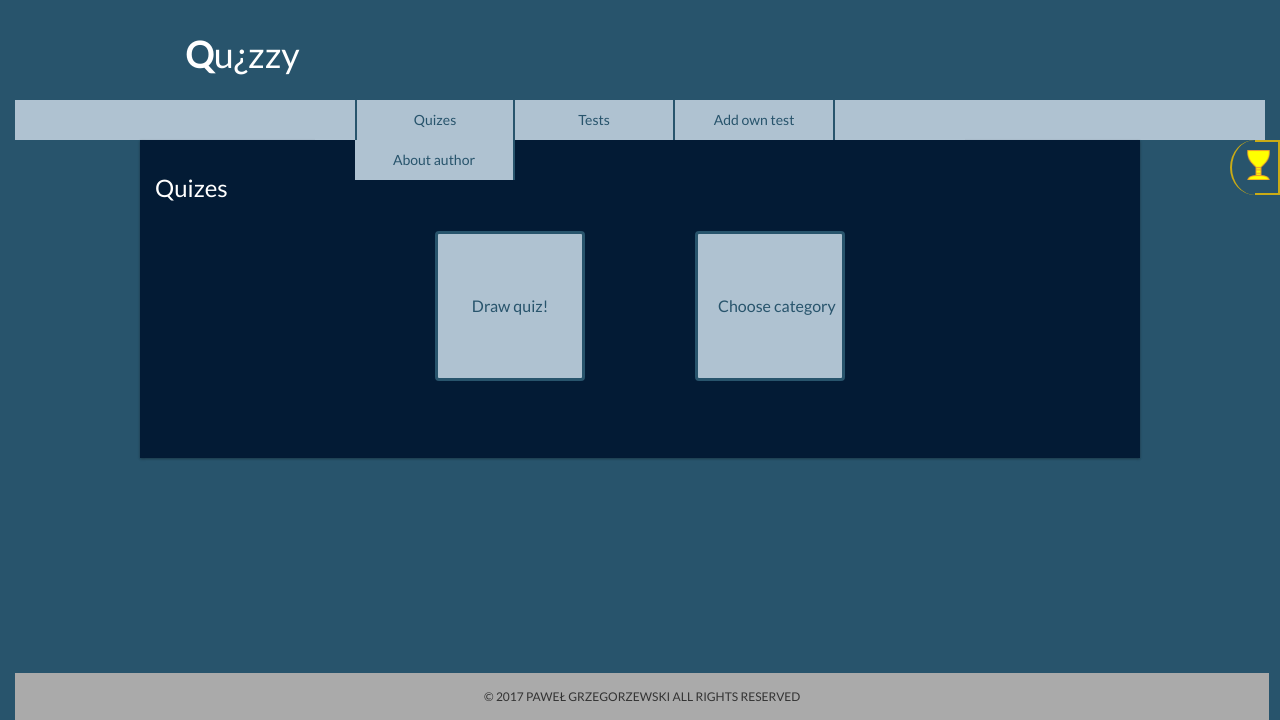
Repository: pgrzegorzewski/quiz
Page: http://localhost/app/quiz.php
An editor plug-in stored every save of this project. The page is shown before and after the next save, followed by the edit.
The browser window is 1280 px wide. The pictures show the whole page.
Some web libraries are served in a nearby version. The page is run by PHP 8.4 with error messages shown; the project is at /var/www/html/.

Above is the page before, as saved 2017-04-22 14:01:45.

### htdocs/app/learningapp/app/quiz.php
<!DOCTYPE html>
<html>
<head>
	<meta name="viewport" content="width=device-width, initial-scale=1.0">
	<meta http-equiv="content-type" content="text/html; charset=utf-8">
	<meta charset="utf-8">
	<link rel="stylesheet" href="https://maxcdn.bootstrapcdn.com/bootstrap/3.3.7/css/bootstrap.min.css">
	<script src="https://ajax.googleapis.com/ajax/libs/jquery/3.1.1/jquery.min.js"></script>
	<script src="https://maxcdn.bootstrapcdn.com/bootstrap/3.3.7/js/bootstrap.min.js"></script>
	<link href="https://fonts.googleapis.com/css?family=Lato" rel="stylesheet">
	<link rel="StyleSheet" href="../css/index.css" />
	<link rel="StyleSheet" href="../css/question.css" />
	<link rel="StyleSheet" href="../css/quiz.css" />
	<link rel="StyleSheet" href="../css/side_menu_leaderboard.css" />
	<script type="text/javascript" src="../js/question.js"></script>
	<script type="text/javascript" src="../js/entertaining_test.js"></script>
	<script type="text/javascript" src="../js/side_menu_leaderboard.js"></script>
</head>

<body>

<div class="container-fluid">

	<div class= "sidemenu_2">

	</div>
	<div class= "sidemenu">
		<p style="cursor:pointer"><img src = "../resources/img/trophy.png" height = "50px" onmouseover="openLeaderboard()"/></p> <!-- &#9776; -->
	</div>
	<div id = 'leaderboard' class = 'leaderboard' onmouseleave = "closeLeaderboard()" >
		<a href = "javascript:void(0)" class = "closebtn" onclick = "closeLeaderboard()">&times;</a>
		test 1000pts;
	</div>


	<header class ="header">
		<h1 id="title"><a href ="index.php"><b>Q</b>u¿zzy</a></h1>
	</header>

	<div class="nav">
		<ol>
			<li>
				<a href ='#' id = "visited">Quizes</a>
			</li>
			<li>
				<a href ='#'>Tests</a>
				<ul>
					<li><a href="#">Personality</a></li>
					<li><a href="#">Cultural</a></li>
					<li><a href="#">Science</a></li>
					<li><a href="entertaining_test.php">Entertaining</a></li>
				</ul>
			</li>
			<li>
				<a href ='add_test.php'>Add own test</a>
			</li>
			<li>
				<a href ='#'>About author</a>
			</li>
		</ol>
	</div>

	<section class = "section">
		<div id ="welcome_div">
			<h3>Quizes</h3>

		</div>
		<div class = "row">
			<div class="col-sm-12" id="tiles">
				<?php

				echo "
					<table id = \"tile\">
						<tr>
							<td>
								<button name = '1' id = 'quizButton' class = 'category btn' >Draw quiz!</button>
							</td>
							<td style = \"width:50px\">

							</td>
							<td>
								<button name = '2' id = 'quizButton' class = 'category btn'>Choose category</button>
							</td>
						</tr>
					</table>
				";
				?>
				<br/><br/>

			</div>
		</div>
		<div class ="row">
			<div class="col-sm-12">
				<h4 id="test_title" hidden = "true">Let's begin with the</h4>
			</div>
		</div>
		<div id = "test_questions">

		</div>
		<div class ='row'>
				<div class='col-sm-12' id = 'result_div'>
					<h4 id= 'result_text' hidden = 'true'></h4>
				</div>
		</div>

	</section>
	<div class="footer">
		© 2017 PAWEŁ GRZEGORZEWSKI ALL RIGHTS RESERVED
	</div>
</div>




</body>
</html>

### htdocs/app/learningapp/css/index.css

.container-fluid
{
	min-height: 100%;
	background-color:#28546C;
	width:100%;
	font-family: 'Lato', sans-serif;
}

h1 > a
{
	text-decoration:none;
	color: white;
}

h1 > a:hover
{
	text-decoration:none;
	color: white;
}

h1 > a:active
{
	text-decoration:none;
	color: white;
}

img{
	padding:10px;
}

#img2{
	padding:3px;
	padding-bottom:12px;
}

html {
    font-family: "Lucida Sans", sans-serif;
    background-color:#28546C;
}

h1, h2, h3 ,h4{
	color: white;
	text-align:ceter;
}

#title{
	margin-left:30px;
}

body
{
	height:100%;
	padding-bottom:60px;
	background-color:#28546C;
	margin:0px !important;

}
.page {
  margin-left:auto;
  margin-right:auto;
  width:100%;
}

.title {
	text-align:center;
}

.buttons_next_prev{
	text-align:center;
}


.header {
	width:80%;
	margin:0 auto;
    background-color: #28546C;
    color: #ffffff;
    padding: 15px;
	text-decoration: none;

}

.menu_header {
	width:80%;
    background-color: #CCCCCC;
    padding: 10px;
    color: white;
    text-align: center;
    font-size: 14px;
    box-shadow: 0 1px 3px rgba(0,0,0,0.12), 0 1px 2px rgba(0,0,0,0.24);
	width:auto;
}


.section{

	width: 80%;
	margin:0 auto;
	background-color: #031B35;
    padding: 15px;
    color: white;
    text-align: justify;
    font-size: 14px;
    box-shadow: 0 1px 3px rgba(0,0,0,0.12), 0 1px 2px rgba(0,0,0,0.24);
}

td
{
	padding-right:12px;
}


.canvas{

	 width: 500px;
	 height: 300px;
	 color: #FFFFFF;
}

.nav {
	width:100%;
	background-color:#AFC2D1;
	text-align: center;
}

.footer
{
	width:100%;
	background-color:#AFC2D1;
	text-align: center;
	vertical-align:center;
}

.nav ol
{
	margin:0;
	background-color:#AFC2D1;
	list-style:none;
	line-height: 200%;
	display:inline-block;
	vertical-align:middle;
	height:40px;
	width:650px;
}


ol a
{
	color: #28546C;
	text-decoration:none;
	display:block;
	height:40px;
	padding:6px;
	vertical-align: middle;
	text-align: center;
	z-index:200;
}

ol > li
{
	list-style:none;
	width: 160px;
	color: #28546C;
	background-color:#AFC2D1;
	border-right:2px solid #28546C;
	float:left;
	display: table-cell;

}

ol > li:hover
{
	background-color:#031B35;

}

ol > li a:hover
{
	color:white;
	border: 1px solid white;
}

ol > li:hover > ul
{
	display:block;
}

ol > li:hover > a
{
	color:white;
	border: 1px solid white;
}


ol > li:first-child
{
	border-left:2px solid #28546C;
}

ol > li > ul
{
	display: none;
	position: relative;
	z-index: auto;
	list-style-type: none;
	padding:0;
	margin:0 auto;
}

ol > li > ul > li
{
	border-top: 2px solid #28546C;
	background-color: #AFC2D1;

}

ol > li > ul > li > a
{
	width: 160px;
}

ol > li > ul > li:hover
{
	background-color:#031B35;
}

ol > li > ul > li > a:hover
{
	color:white;
	border: 1px solid white;
}

.section a:link, a:visited {

    background-color: #CCCCCC;
	padding: 3px;
	width: 50px;
    text-decoration: none;
}


.section a:hover, a:active {
    background-color: #999999;
	color: white;
}

.footer {
    background-color: #AAAAAA;
    font-size: 12px;
    padding: 15px;
    bottom: 0;
    position : fixed;
    width:98%

}

.submenu{
	display:none;
}



@media only screen and (min-width: 768px) and (max-width: 922px) {
    .col-m-1 {width: 8.33%;}
    .col-m-2 {width: 16.66%;}
    .col-m-3 {width: 25%;}
    .col-m-4 {width: 33.33%;}
    .col-m-5 {width: 41.66%;}
    .col-m-6 {width: 50%;}
    .col-m-7 {width: 58.33%;}
    .col-m-8 {width: 66.66%;}
    .col-m-9 {width: 75%;}
    .col-m-10 {width: 83.33%;}
    .col-m-11 {width: 91.66%;}
    .col-m-12 {width: 100%;}
}

@media only screen and (min-width: 922px) and (max-width: 1200px) {
    .col-1 {width: 8.33%;}
    .col-2 {width: 16.66%;}
    .col-3 {width: 25%;}
    .col-4 {width: 33.33%;}
    .col-5 {width: 41.66%;}
    .col-6 {width: 50%;}
    .col-7 {width: 58.33%;}
    .col-8 {width: 66.66%;}
    .col-9 {width: 75%;}
    .col-10 {width: 83.33%;}
    .col-11 {width: 91.66%;}
    .col-12 {width: 100%;}
}

@media only screen and (min-width: 1200px){
    .col-1 {width: 8.33%;}
    .col-2 {width: 16.66%;}
    .col-3 {width: 25%;}
    .col-4 {width: 33.33%;}
    .col-5 {width: 41.66%;}
    .col-6 {width: 50%;}
    .col-7 {width: 58.33%;}
    .col-8 {width: 66.66%;}
    .col-9 {width: 75%;}
    .col-10 {width: 83.33%;}
    .col-11 {width: 91.66%;}
    .col-12 {width: 100%;}
}

### htdocs/app/learningapp/css/question.css
#question
{
	text-align: center;

}


#question button{
	min-width: 50px;
	text-align: center;
}

#question th{
	min-width: 50px;
	text-align: center;
}

td, th > #question{
	min-width: 90px;
	padding:10px;
	text-align: center;
}

### htdocs/app/learningapp/css/quiz.css
#quizButton
{
	padding:20px;
}


#tiles
{
	padding:10px;
	z-index:50;
	position:relative;
}

#tile
{
	text-align:center;
	margin-left:auto;
	margin-right:auto;

}

button .clicked
{
	background-color:#6ac65b;
}

#tile  tr  td
{
	width: 150px;
	height: 150px;
}

#tile  tr  td > button
{
	background-color:#AFC2D1;
	color:#28546C;
	width: 150px;
	height: 150px;
	border: 3px solid #28546C;
	font-size:16px;
	z-index:50;
}

#tile  tr  td >button:hover
{
	background-color:#CAAB15;
	color:white;
	width: 150px;
	height: 150px;
	border: 3px solid #28546C;
}

### htdocs/app/learningapp/css/side_menu_leaderboard.css
.leaderboard
{
	height:40%;
	width:0;
	position: fixed;
	z-index: 250;
	top: 140px;
	right: 0;
	border:0px solid #CAAB15;
	background-color:#AFC2D1;
	overflow-x: hidden;
	transition: 0.5s;
	padding-top: 60px;
	hidden:true;
	text-align:center;
}

.leaderboard .closebtn{
	position: absolute;
	top: 0;
	right:5px;
	font-size: 25px;
	margin-right: 0px;
}

.sidemenu
{
	height:55px;
	width:50px;
	border-radius:100%;
	border-left:2px solid #CAAB15;
	position: fixed;
	z-index: 200;
	top: 140px;
	right: 0;
	font-size:20px;
	text-align:center;
}

.sidemenu_2
{
	height:55px;
	width:25px;
	position: fixed;
	z-index: 150;
	top: 140px;
	right: 0;
	border-bottom:2px solid #CAAB15;
	border-top:2px solid #CAAB15;
	border-right:2px solid #CAAB15;
}

### htdocs/app/learningapp/js/question.js

function checkAnswear(button)
{
	if($(button).attr("id") == '1')
		alert("You won");
	else
		alert("nope");
}

### htdocs/app/learningapp/js/side_menu_leaderboard.js
function openLeaderboard()
{
	document.getElementById("leaderboard").style.width = "250px";
	document.getElementById("leaderboard").style.border = "2px solid #CAAB15";

}

function closeLeaderboard()
{
	document.getElementById("leaderboard").style.width = "0px";
	document.getElementById("leaderboard").style.border = "0px solid #CAAB15";
}

Loaded but not shown: htdocs/app/learningapp/js/entertaining_test.js (no copy from this time; the picture is the same without it)

After the next save:
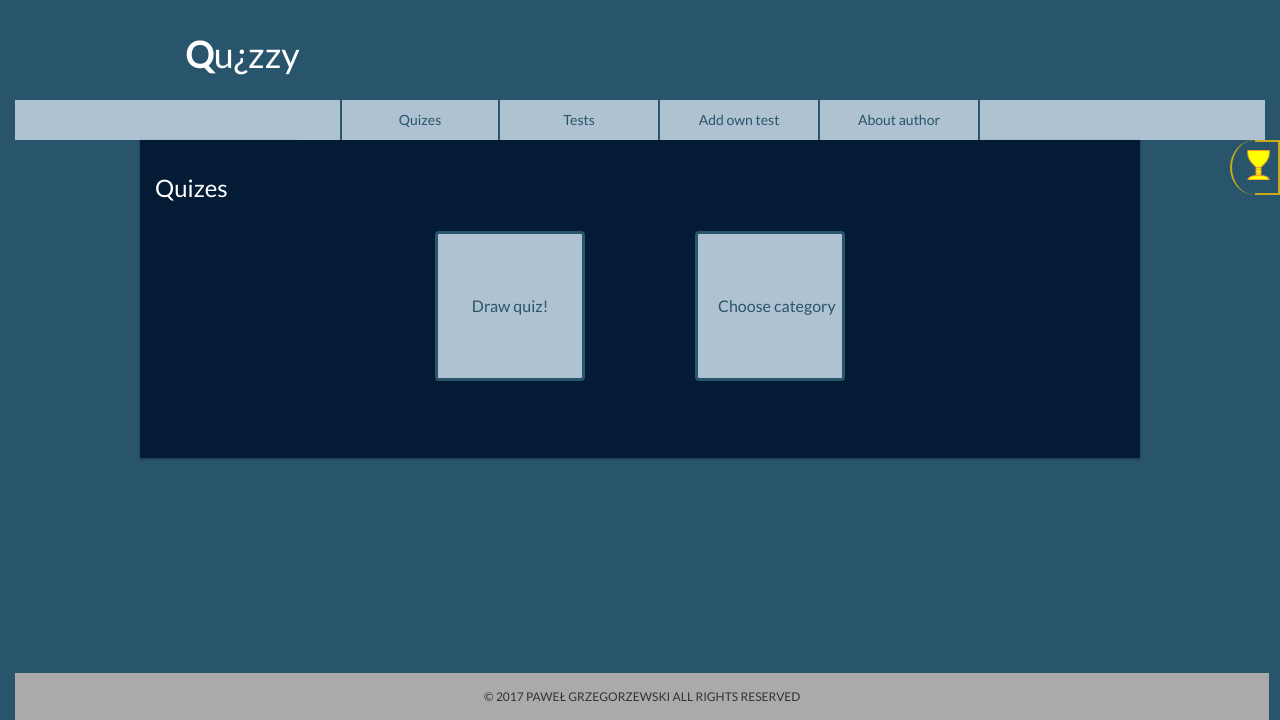
Saved 10 s later.
--- a/htdocs/app/learningapp/css/index.css
+++ b/htdocs/app/learningapp/css/index.css
@@ -141,7 +141,7 @@ td
 	display:inline-block;
 	vertical-align:middle;
 	height:40px;
-	width:650px;
+	width:680px;
 }
 
 
